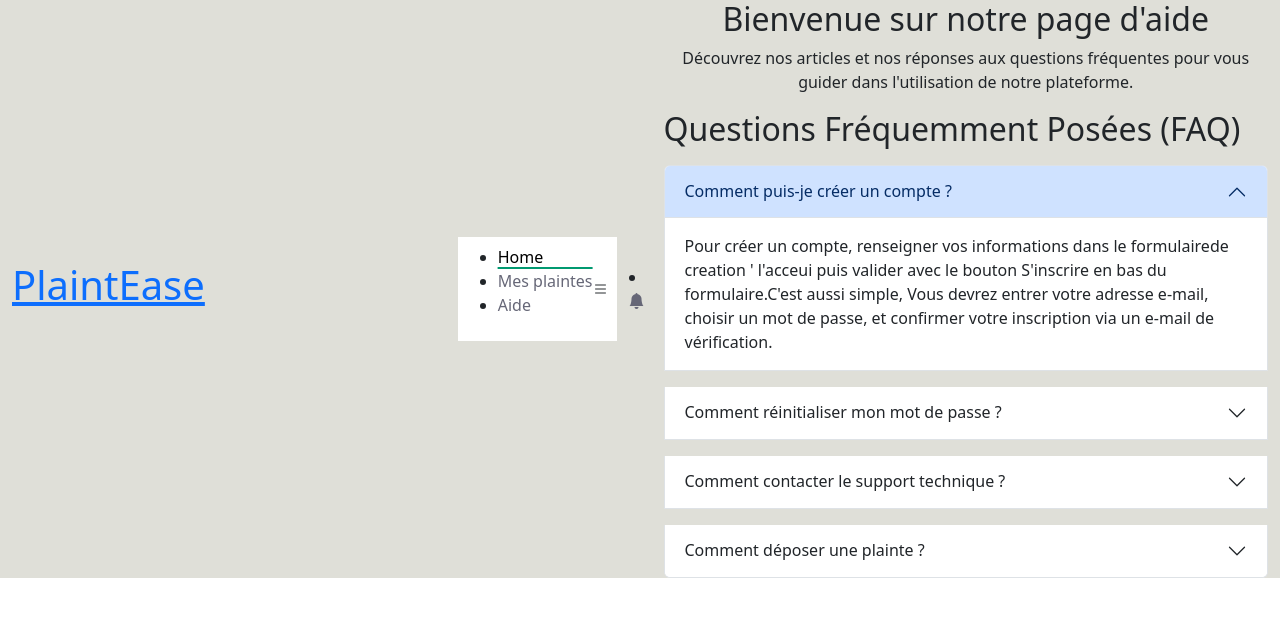
Repository: Senare1/PlaintEasy
Page: complaints/templates/complaints/aide.html
An editor plug-in stored every save of this project. The page is shown before and after the next save, followed by the edit.
The browser window is 1280 px wide. The pictures show the whole page.
Some web libraries are served in a nearby version. The template is drawn by Django 4.2. The application's start-up code is not run. The template is opened directly, without the code that normally fills it, so the values that code supplies are empty.

Above is the page before, as saved 2024-08-11 03:59:24.
Console error: ReferenceError: Swiper is not defined

After the next save:
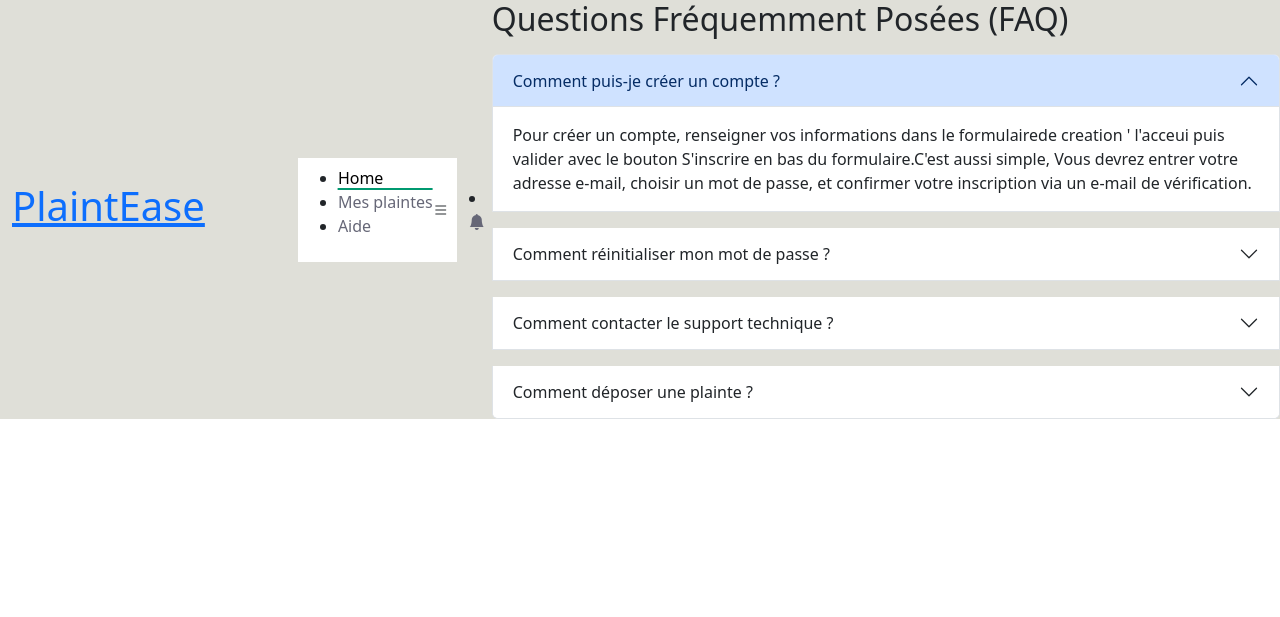
Saved 41 s later.
--- a/complaints/templates/complaints/aide.html
+++ b/complaints/templates/complaints/aide.html
@@ -49,14 +49,6 @@
       </a>
     </li>
 <!-- En-tête de la page -->
-
-  <div class="container">
-    <!-- Section d'introduction -->
-    <section class="hero text-center">
-      <h2>Bienvenue sur notre page d'aide</h2>
-      <p>Découvrez nos articles et nos réponses aux questions fréquentes pour vous guider dans l'utilisation de notre plateforme.</p>
-    </section>
-
     <!-- Section FAQ -->
     <section class="faq-section">
       <h2>Questions Fréquemment Posées (FAQ)</h2>
